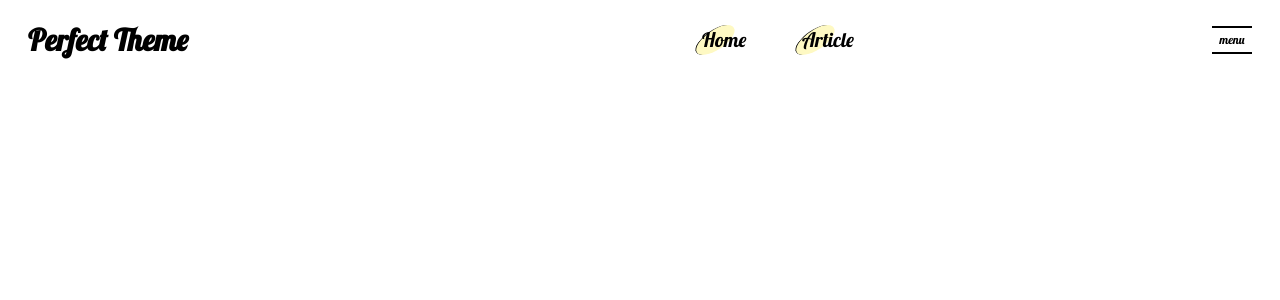
Repository: hsumyatm7308/laravel-blog
Page: blogweb/resources/views/blog/headerlayout.html
An editor plug-in stored every save of this project. The page is shown before and after the next save, followed by the edit.
The browser window is 1280 px wide. The pictures show the whole page.
The pointer rests on the first visible `.skewtextctn`.
Some web libraries are served in a nearby version.

Above is the page before, as saved 2023-09-04 16:23:53.

### blogweb/resources/views/blog/headerlayout.html
<!DOCTYPE html>
<html>

<head>
    <title>@yield('title')</title>
    <script src="https://cdn.tailwindcss.com"></script>

</head>
<style>
    @import url('https://fonts.googleapis.com/css2?family=Lobster&display=swap');

    body {
        font-family: 'Lobster', cursive;
    }

    .container {
        width: 80%;
        height: auto;
        /* background-color: antiquewhite; */

        display: flex;
        justify-content: center;
        align-items: center;

        position: relative;


    }

    .navlabel {
        position: relative;
        /* background-color: aqua; */
    }

    .lictn{
        position: relative;
    }

    .skewtextctn , .skewtextctn2{
        width: 30px;
        height: 30px;
        border-radius: 100%;
        border-left:1px solid black;

        position: fixed;
        top: 25px;




        transform:  skew(-40deg);

    }
    .skewtextctn{
        left: 700px;
    }

    .skewtextctn2{
        left: 800px;
    }



    .article {
        position: fixed;
        left: 1px;

        top: 1px;
        transform: skew(40deg);

    }

    .skewtextctn:hover .skewtextctn, .skewtextctn2:hover .skewtextctn2{
        transition: all 1.5s;
        transform:  skew(40deg);

    }
</style>

<body class="bg-[#ffff]">
    <nav class="w-[100vw] flex justify-center items-center">
        <h1 class="text-3xl font-semibold">Perfect Theme</h1>

        <div class="w-[80%] h-20 flex justify-center items-center container">
            <div class="flex justify-between items-center list-none navlabel">
                <li class="p-5 mr-4 lictn">
                    <div class="bg-yellow-100 skewtextctn">
                        <a href="" class="text-xl text-black article">Home</a>
                    </div>
                </li>

                  <li class="p-5 mr-4 lictn">
                    <div class="bg-yellow-100 skewtextctn2 active">
                        <a href="" class="text-xl text-black article">Article</a>
                    </div>
                </li>
            </div>


        </div>

        <div class=" transform ">
            <span class="text-xs flex justify-center items-center flex-col">
                <div class="w-10 h-[2px] bg-black"></div>
                <span class="p-1 "> menu</span>
                <div class="w-10 h-[2px] bg-black font-semibold"></div>
            </span>
        </div>
    </nav>

</body>

</html>

After the next save:
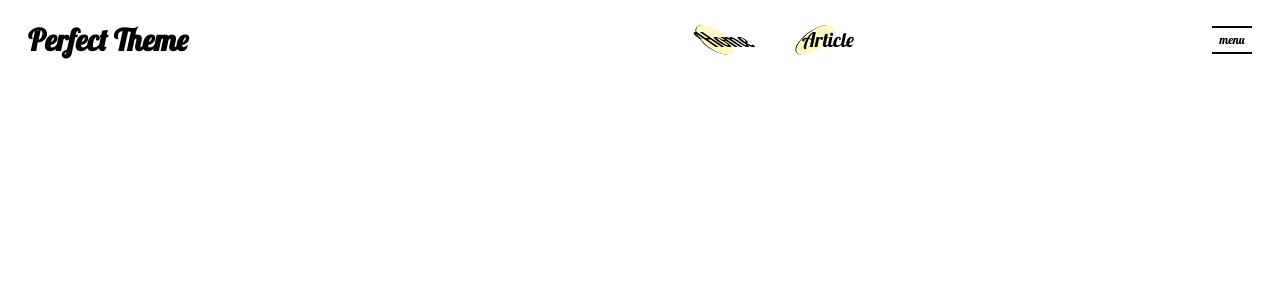
Saved 15 s later.
--- a/blogweb/resources/views/blog/headerlayout.html
+++ b/blogweb/resources/views/blog/headerlayout.html
@@ -70,7 +70,7 @@
 
     }
 
-    .skewtextctn:hover .skewtextctn, .skewtextctn2:hover .skewtextctn2{
+    .skewtextctn:hover, .skewtextctn2:hover{
         transition: all 1.5s;
         transform:  skew(40deg);
 
